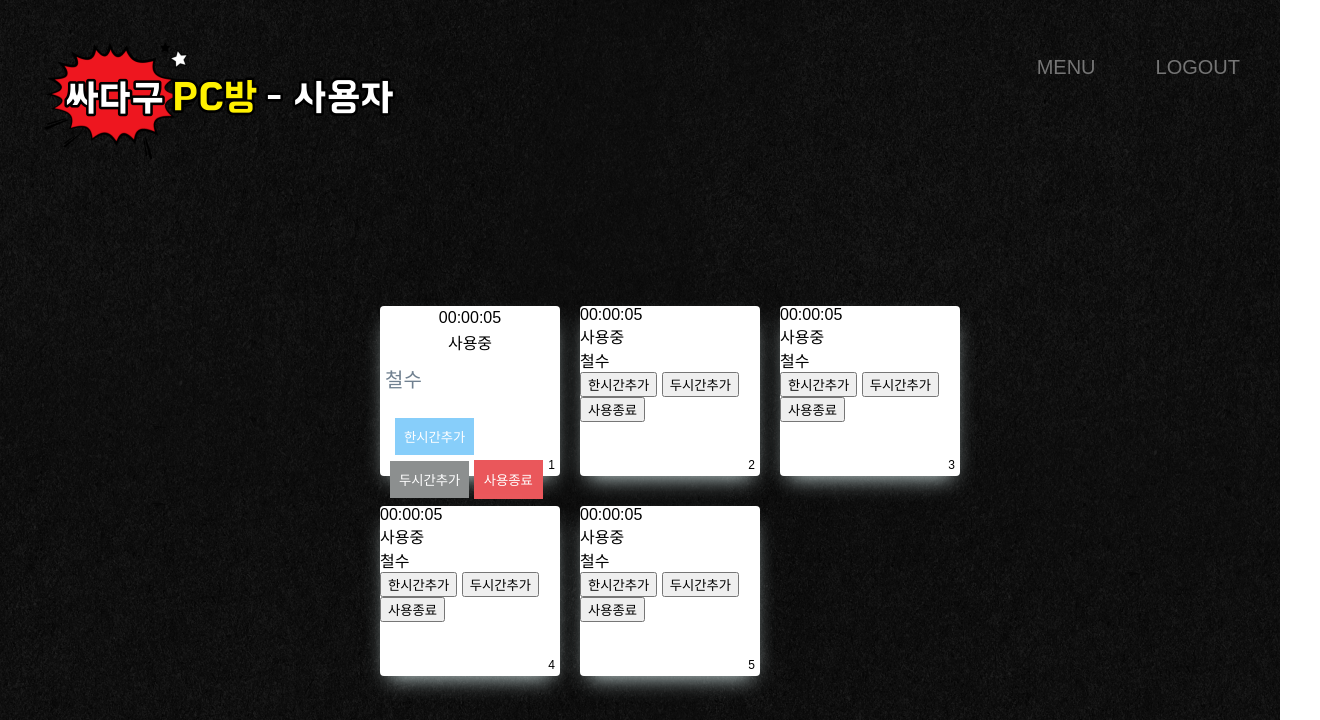
Repository: lkwoung/webProject-assignment
Page: http://localhost/CheapPC/userSeat.jsp
An editor plug-in stored every save of this project. The page is shown before and after the next save, followed by the edit.
The browser window is 1280 px wide. The page is 1320 px wide, so the pictures cover 1320 px, including what lies to the right of the window. The pictures show the whole page.
Some web fonts or font styles are not loaded; a fallback is used. The page is served by Tomcat 9. Other server files are loaded and not shown.

Above is the page before, as saved 2020-12-13 13:25:55.

### CheapPC/WebContent/userSeat.jsp
<%@ page language="java" contentType="text/html; charset=UTF-8"
   pageEncoding="UTF-8"%>
<!DOCTYPE html>

<html>
<head>
  <meta charset="UTF-8">
  <title>사용자 자리 view</title>
  <link rel="stylesheet" href="css/userView.css">
  <link href="https://fonts.googleapis.com/earlyaccess/hanna.css" rel="stylesheet" type="text/css" />
</head>

<body>
<div class="nav-header">
    <div class="nav-brand">
    <i class="fa fa-bars fa-3x"></i>
    <div class="header-links">
      <ul>
        <li data-menuanchor="thirdPage"><a href="index.jsp">LOGOUT</a></li>
        <li data-menuanchor="secondPage"><a href="menu.jsp">MENU</a></li>
      </ul>
    </div>
  </div>
  </div>
<!-- partial:index.partial.html -->
<div id="app-cover">
  <div class="row">
    <div class="toggle-button-cover">
      <div class="button-cover">
        <div class="button r" id="button-1" >
          <div class="knobs"></div>
          <div class="layer">
         <div class="0" style="text-align:center;padding-top:3px;">00:00:00</div>
         <div id="0-state" style="text-align:center;padding-top:3px;padding-bottom:10px;">사용중</div>
         <div id="0-user" style="padding-left:5px; font-size:20px; color:#708090; padding-bottom:20px;"> </div>
         <div class="0buttons" style="top:20%; padding-left:10px; ">

         <input type="button" style="background:#87CEFA; margin:5px;color:#fff;border:none; font-family:'Hanna', sans-serif;padding:9px;"onclick="fncAddTime(0,3600);" value="한시간추가"/>
         <input type="button" style="background:#8c8f8f; color:#fff;border:none; font-family:'Hanna', sans-serif;padding:9px;"onclick="fncAddTime(0,7200);" value="두시간추가"/>
         <input type="button" style="background:#EA575B; color:#fff;border:none; font-family:'Hanna', sans-serif;padding:10px;"onclick="fucEndTimer(0);" value="사용종료"/>
         </a>
         </div>
          </div>

        </div>
      </div>
    </div>
    <div class="toggle-button-cover">
      <div class="button-cover">
        <div class="button r" id="button-2">
          <div class="knobs"></div>
             <div class="layer">
                <div class="1">00:00:00</div>
                <div id="1-state">사용중</div>
                <div id="1-user"> </div>
            <input type="button" onclick="fncAddTime(1,3600);" value="한시간추가"/>
            <input type="button" onclick="fncAddTime(1,7200);" value="두시간추가"/>
            <input type="button" onclick="fucEndTimer(1);" value="사용종료"/>
         </div>
        </div>
      </div>
    </div>
    <div class="toggle-button-cover">
      <div class="button-cover">
        <div class="button r" id="button-3">
          <div class="knobs"></div>
          <div class="layer">
             <div class="2">00:00:00</div>
             <div id="2-state">사용중</div>
             <div id="2-user"> </div>
         <input type="button" onclick="fncAddTime(2,3600);" value="한시간추가"/>
         <input type="button" onclick="fncAddTime(2,7200);" value="두시간추가"/>
         <input type="button" onclick="fucEndTimer(2);" value="사용종료"/>
         </div>
        </div>
      </div>
    </div>
  </div>
  <div class="row">
    <div class="toggle-button-cover">
      <div class="button-cover">
        <div class="button r" id="button-4">
          <div class="knobs"></div>
          <div class="layer">
          <div class="3">00:00:00</div>
          <div id="3-state">사용중</div>
          <div id="3-user"> </div>
         <input type="button" onclick="fncAddTime(3,3600);" value="한시간추가"/>
         <input type="button" onclick="fncAddTime(3,7200);" value="두시간추가"/>
         <input type="button" onclick="fucEndTimer(3);" value="사용종료"/>
         </div>

        </div>
      </div>
    </div>
    <div class="toggle-button-cover">
      <div class="button-cover">
        <div class="button r" id="button-5">
          <div class="knobs"></div>
          <div class="layer">
             <div class="4">00:00:00</div>
             <div id="4-state">사용중</div>
             <div id="4-user"> </div>
         <input type="button" onclick="fncAddTime(4,3600);" value="한시간추가"/>
         <input type="button" onclick="fncAddTime(4,7200);" value="두시간추가"/>
         <input type="button" onclick="fucEndTimer(4);" value="사용종료"/>
         </div>
        </div>
      </div>
    </div>
    </div>
</div>

<!-- partial -->
<script type="text/javascript">
       var handler = new Array();
       var leftT = new Array();
       /* Timer */
       function countdown(className, seconds,user){
          var tnum = className; //타이머 번호
          var element,stateName,userName,endTime, hours, mins, secs, msLeft, time;

          stateName = className.concat("-state");
          userName = className.concat("-user");
         var sUser = String(user);
          function updateTimer(){
                      msLeft = endTime - (+new Date);
                      if ( msLeft < 0 ) { // 시간 초과시 이벤트 영역
                         stateName = className.concat("-state");
                         document.getElementById(stateName).innerHTML = '빈좌석';
                         document.getElementById(userName).innerHTML = ' ';
                      }
                      else {
                         document.getElementById(stateName).innerHTML = '사용중';//빈좌석을 사용중으로 변경 후
                         document.getElementById(userName).innerHTML = sUser ; //사용자 이름을 표기
                              time = new Date( msLeft );
                              leftT[tnum] = msLeft; //현재 남은 시간을 전역으로 추가
                              hours = ('0' + time.getUTCHours()).slice(-2);
                              mins  = ('0' + time.getUTCMinutes()).slice(-2);
                              secs  = ('0' + time.getUTCSeconds()).slice(-2);
                              element.innerHTML = hours + ':' + mins + ':' + secs;
                              handler[tnum] = setTimeout(updateTimer, time.getUTCMilliseconds());
                      }
               }
               element = document.getElementsByClassName(className);
               if(element.length!=0) {// 해당 타이머가 맞는지 확인
                      element = element[0];
                      endTime = (+new Date) + 1000 * seconds;
                      updateTimer(); // 타이머 실행

               } else { //해당 타이머가 아니면...
                      //alert("no timer");
               }
       }


       fncLoadTimer();
  //     countdown('0', 3600);  // seconds 로 생성
    //   countdown('1', 1234);  // seconds 로 생성
      // countdown('2', 5055);  // seconds 로 생성
       //countdown('3', 0);  // seconds 로 생성
       //countdown('4', 3);  // seconds 로 생성
  // countdown('5', 0);  // seconds 로 생성


function fncAddTime(tableNum,time) { //버튼 클릭
         clearTimeout(handler[tableNum]);
            tleft = leftT[tableNum] / 1000;
            timerName = String(tableNum);
            countdown(timerName,tleft + time,"a");
}



function fncLoadTimer() { //페이지 최초 실행시 db에서 불러오기
   for (i = 0; i < 5 ; i ++ ){ // 좌석수 만큼 반복
      var clssI = String(i); //i순서를 문자열(클래스명이 문자열임)로 바꾼 클레스i 변수
      countdown(clssI,10,"철수");  // seconds 로 생성
   }
}

function fncMakeTimer(tableNum) { //사용자 새로 등록하기
   var user = "갑수"
   var clss = String(tableNum);
   countdown(clss, 3600,"갑수");   // seconds 로 생성
}

function fucEndTimer(timernum){ //사용종료
   clearTimeout(handler[timernum]);
   timerName = String(timernum);
   countdown(timerName,0);
}

</script>


</body>
</html>

### CheapPC/WebContent/css/userView.css
/* CSS rules are kept repetitive so that you can get CSS rules for each button easily :) */

body
{
	background: url(image/user.png) no-repeat center center fixed;
	-webkit-background-size: cover;
	-moz-background-size: cover;
	-o-background-size: cover;
	background-size: cover;
    margin: 0;
    font-size: 16px;
    font-family:'Hanna', sans-serif;
    -webkit-font-smoothing: antialiased;
}
img.user {

	min-height: 100%;
	min-width: 1024px;
	width: 100%;
	height: auto;
	position: fixed;
	top: 0;
	left: 0;
}

@media screen and (max-width: 1024px) {
img.user {
	left: 50%;
	margin-left: -512px;
	}
}

}
ul {
  list-style-type: none;
}

a {
  text-decoration: none !important;
}

h1 {
  color: #ff6363;
  font-weight: bold;
}

p {
  font-size: 20px;
  color: #484848;
}

.section {
  text-align: center;
}

.skillbar {
  cursor: pointer;
}

.hide {
  display: none;
}

.display {
  display: block;
}

/* flash alert styles */

.flash-container {
  width: 100%;
  position: fixed;
  z-index: 700;
  padding-top: 20px;
  font-weight: bold;
}

.alert {
  text-align: center !important;
  width: 500px !important;
  margin-left: auto !important;
  margin-right: auto !important;
  color: #211809 !important;
}


/* nav header links */

.nav-brand {
  position: initial;
  left: 0;
  z-index: 600;
  padding: 10px;
}

.nav-brand img {
  width: 50px;
}

.fa-bars {
  display: none !important;
  color: #ff6363;
  float: right;
  padding: 20px;
  position: fixed;
  right: 0;
  z-index: 500;
  cursor: pointer;
}

.fa-times {
  color: #ff6363;
  float: right;
  padding: 20px;
  right: 0;
  z-index: 600;
  cursor: pointer;
}

.header-links {
  position: initial;
  width: 100%;
  z-index: 500;
  padding-right:50px;
}

.header-links li {
  color: white;
  display: inline;
  float: right;
  padding: 30px;
  font-size: 20px;
}

.header-links a {
  color: #757575;
  -webkit-transition: all 0.2s ease-in;
}

.header-links a:hover {
  color: #ff6363 !important;
}

/* slide out nav menu styles */

.nav-container {
  padding-top: 10%;
}

.nav-links {
  width: 250px;
  text-align: center;
  margin-left: auto;
  margin-right: auto;
}

.nav-links ul {
  margin-top: 15%;
  text-align: center;
  padding-top: 10%;
}

.nav-links a {
  color: #ffffff;
  font-size: 30px;
  line-height: 2.5;
  font-weight: bold;
  text-decoration: none;
  margin-left: auto;
  margin-right: auto;
}

.nav-links a:hover {
  color: #ff6363;
  -webkit-transition: all 0.6s ease-in-out;
  -o-transition: all 0.6s ease-in-out;
  -ms-transition: all 0.6s ease-in-out;
  -moz-transition: all 0.6s ease-in-out;
  transition: all 0.6s ease-in-out;
}

#fp-nav ul li .fp-tooltip {
  color: #5f5f5f !important;
}

/* Expanding border effect */

.header-links a::after {
  display: block;
  margin: 0 auto;
  margin-top: 5px;
  width: 0;
  height: 2px;
  background-color: #fff;
  content: "";
  opacity: 0;
  -webkit-transition: width 0.6s, opacity 0.8s;
  -moz-transition: width 0.6s, opacity 0.8s;
  transition: width 0.6s, opacity 0.8s;
}

.header-links a:hover::after,
.header-links a:focus::after {
  opacity: 1;
  width: 100%;
}
Resources
* {
  box-sizing: border-box;
}
#app-cover
{
    display: table;
    width: 600px;
    margin: 80px auto;
    counter-reset: button-counter;
}

.row
{
    display: table-row;
}

.toggle-button-cover
{
    display: table-cell;
    position: relative;
    width: 300px;
    height: 200px;
    box-sizing: border-box;
    top: 150px;
}

.button-cover
{
    height: 100px;
    width: 150px;
    margin: 40px;
    padding: 10px;
    background-color: #fff;
    box-shadow: 0 10px 20px -8px #c5d6d6;
    border-radius: 4px;
}

.button-cover:before
{
    counter-increment: button-counter;
    content: counter(button-counter);
    position: absolute;
    right: 0;
    bottom: 0;
    color: #000000;
    font-size: 12px;
    line-height: 1;
    padding: 5px;
}

.button-cover, .knobs, .layer
{
    position: absolute;
    top: 0;
    right: 0;
    bottom: 0;
    left: 0;
    width: 180px;
    height: 170px;
    padding: inherit;
}

After the next save:
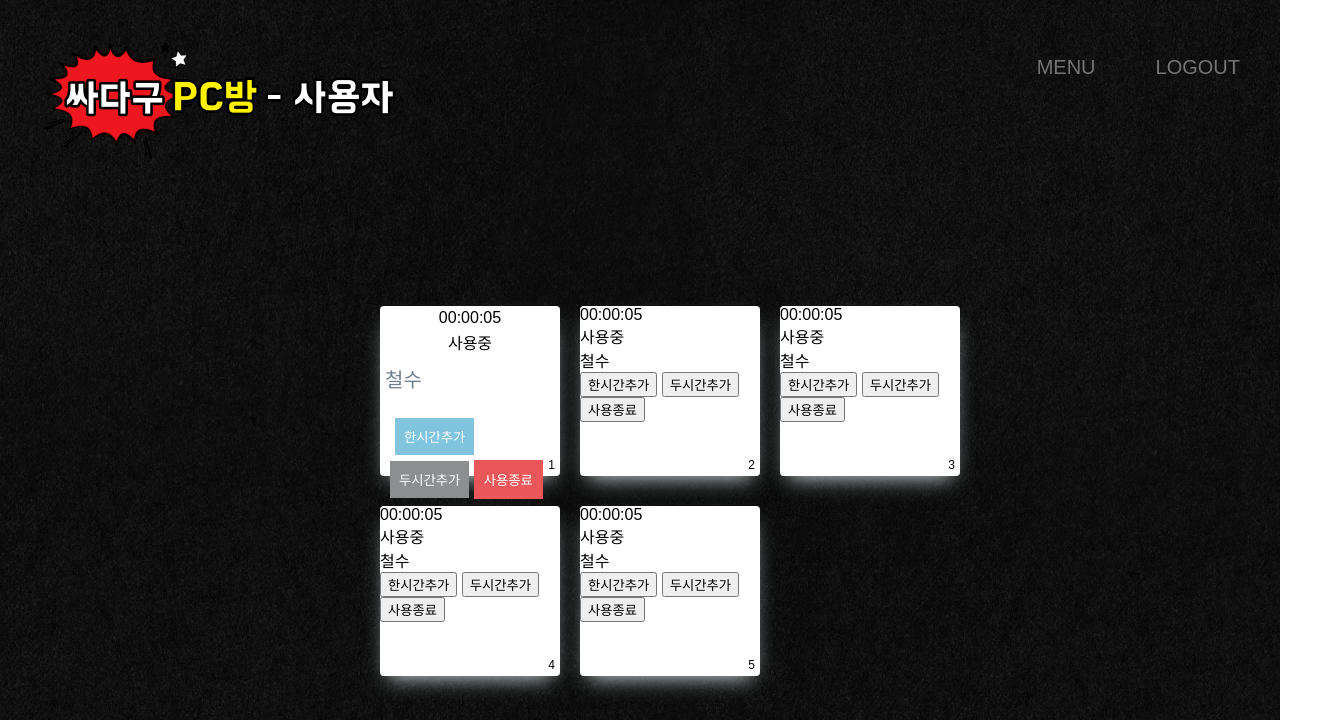
Saved 21 s later.
--- a/CheapPC/WebContent/userSeat.jsp
+++ b/CheapPC/WebContent/userSeat.jsp
@@ -35,7 +35,7 @@
          <div id="0-user" style="padding-left:5px; font-size:20px; color:#708090; padding-bottom:20px;"> </div>
          <div class="0buttons" style="top:20%; padding-left:10px; ">
 
-         <input type="button" style="background:#87CEFA; margin:5px;color:#fff;border:none; font-family:'Hanna', sans-serif;padding:9px;"onclick="fncAddTime(0,3600);" value="한시간추가"/>
+         <input type="button" style="background:#80C4DE; margin:5px;color:#fff;border:none; font-family:'Hanna', sans-serif;padding:9px;"onclick="fncAddTime(0,3600);" value="한시간추가"/>
          <input type="button" style="background:#8c8f8f; color:#fff;border:none; font-family:'Hanna', sans-serif;padding:9px;"onclick="fncAddTime(0,7200);" value="두시간추가"/>
          <input type="button" style="background:#EA575B; color:#fff;border:none; font-family:'Hanna', sans-serif;padding:10px;"onclick="fucEndTimer(0);" value="사용종료"/>
          </a>
